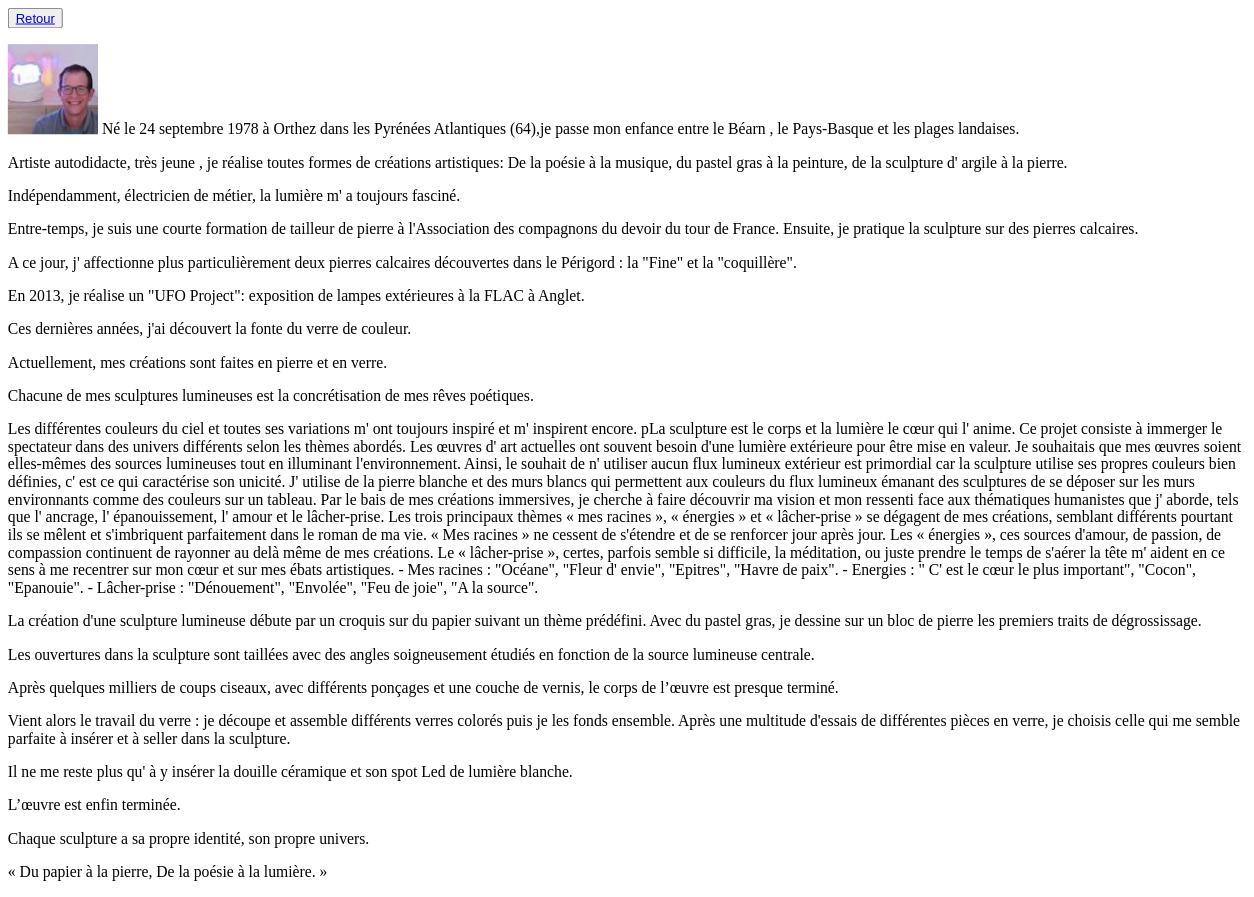
Repository: lysianebo/EricBidart
Page: presentation_more.html
The author's editor kept a copy of each file at every save. The page is drawn from the files as they stood at one save, then again after the next save.
The browser window is 1280 px wide. The pictures show the whole page, at 98% of full size.

Above is the page before, as saved 2023-10-29 07:35:26.

### presentation_more.html
<!DOCTYPE html>
<html lang="en">
<head>
    <meta charset="UTF-8">
    <meta name="viewport" content="width=device-width, initial-scale=1.0">
    <title>Document</title>
    <link rel="stylesheet" href="public/css/style.css">
</head>
<body>
    <button class="back-button"><a href="presentation.html">Retour</a></button>
    <div class="hidden" id="presentation-content">
        <p class="text"><img src="public/images/happy_moi.jpeg" alt=""> Né le 24 septembre 1978 à Orthez dans les Pyrénées Atlantiques (64),je passe mon enfance entre le Béarn , le Pays-Basque et les plages landaises.</p>
        <p> Artiste autodidacte, très jeune , je réalise toutes formes de créations artistiques: De la poésie à la musique, du pastel gras à la peinture, de la sculpture d' argile à la pierre.</p>
        <p> Indépendamment, électricien de métier, la lumière m' a toujours fasciné.</p>
        <p> Entre-temps, je suis une courte formation de tailleur de pierre à l'Association des compagnons du devoir du
            tour de France. Ensuite, je pratique la sculpture sur des pierres calcaires.</p>
        <p> A ce jour, j' affectionne plus particulièrement deux pierres calcaires découvertes dans le Périgord : la
            "Fine" et la "coquillère".</p>
        <p> En 2013, je réalise un "UFO Project": exposition de lampes extérieures à la FLAC à Anglet.</p>
        <p> Ces dernières années, j'ai découvert la fonte du verre de couleur.</p>
        <p> Actuellement, mes créations sont faites en pierre et en verre.</p>
        <p>Chacune de mes sculptures lumineuses est la concrétisation de mes rêves poétiques.</p>
    </div>
    <div class="hidden" id="demarche-content">
        <p>Les différentes couleurs du ciel et toutes ses variations m' ont toujours inspiré et m' inspirent encore.

            pLa sculpture est le corps et la lumière le cœur qui l' anime.



            Ce projet consiste à immerger le spectateur dans des univers différents selon les thèmes abordés.

            Les œuvres d' art actuelles ont souvent besoin d'une lumière extérieure pour être mise en valeur.

            Je souhaitais que mes œuvres soient elles-mêmes des sources lumineuses tout en illuminant l'environnement.

            Ainsi, le souhait de n' utiliser aucun flux lumineux extérieur est primordial car la sculpture utilise ses
            propres couleurs bien définies, c' est ce qui caractérise son unicité.



            J' utilise de la pierre blanche et des murs blancs qui permettent aux couleurs du flux lumineux émanant des
            sculptures de se déposer sur les murs environnants comme des couleurs sur un tableau.

            Par le bais de mes créations immersives, je cherche à faire découvrir ma vision et mon ressenti face aux
            thématiques humanistes que j' aborde, tels que l' ancrage, l' épanouissement, l' amour et le lâcher-prise.



            Les trois principaux thèmes « mes racines », « énergies » et « lâcher-prise » se dégagent de mes créations,
            semblant différents pourtant ils se mêlent et s'imbriquent parfaitement dans le roman de ma vie.

            « Mes racines » ne cessent de s'étendre et de se renforcer jour après jour.

            Les « énergies », ces sources d'amour, de passion, de compassion continuent de rayonner au delà même de mes
            créations.

            Le « lâcher-prise », certes, parfois semble si difficile, la méditation, ou juste prendre le temps de s'aérer la
            tête m' aident en ce sens à me recentrer sur mon cœur et sur mes ébats artistiques.

            - Mes racines : "Océane", "Fleur d' envie", "Epitres", "Havre de paix".

            - Energies : " C' est le cœur le plus important", "Cocon", "Epanouie".

            - Lâcher-prise : "Dénouement", "Envolée", "Feu de joie", "A la source".

        </p>
    </div>
    <div class="hidden"
        id="technique-content">
        <p>La création d'une sculpture lumineuse débute par un croquis sur du papier suivant un thème prédéfini. Avec du
            pastel gras, je dessine sur un bloc de pierre les premiers traits de dégrossissage. </p>
        <p>Les ouvertures dans la sculpture sont taillées avec des angles soigneusement étudiés en fonction de la source
            lumineuse centrale.</p>
        <p>Après quelques milliers de coups ciseaux, avec différents ponçages et une couche de vernis,
            le corps de l’œuvre est presque terminé.</p>
        <p> Vient alors le travail du verre : je découpe et assemble différents verres colorés puis je les fonds ensemble.
            Après une multitude d'essais de différentes pièces en verre, je choisis celle qui me semble parfaite à insérer
            et à seller dans la sculpture.</p>
        <p>Il ne me reste plus qu' à y insérer la douille céramique et son spot Led de lumière blanche.</p>
        </p>
        <p> L’œuvre est enfin terminée.</p>


        <p> Chaque sculpture a sa propre identité, son propre univers.</p>

        <p> « Du papier à la pierre, De la poésie à la lumière. »</p>
    </div>

    </div>
</body>
</html>

### public/css/style.css
/* @import url("https://fonts.googleapis.com/css2?family=Belanosima:wght@400;700&family=Noto+Sans&family=Outfit&family=Rubik:wght@400;500;700&display=swap"); */
/*# sourceMappingURL=style.css.map */

After the next save:
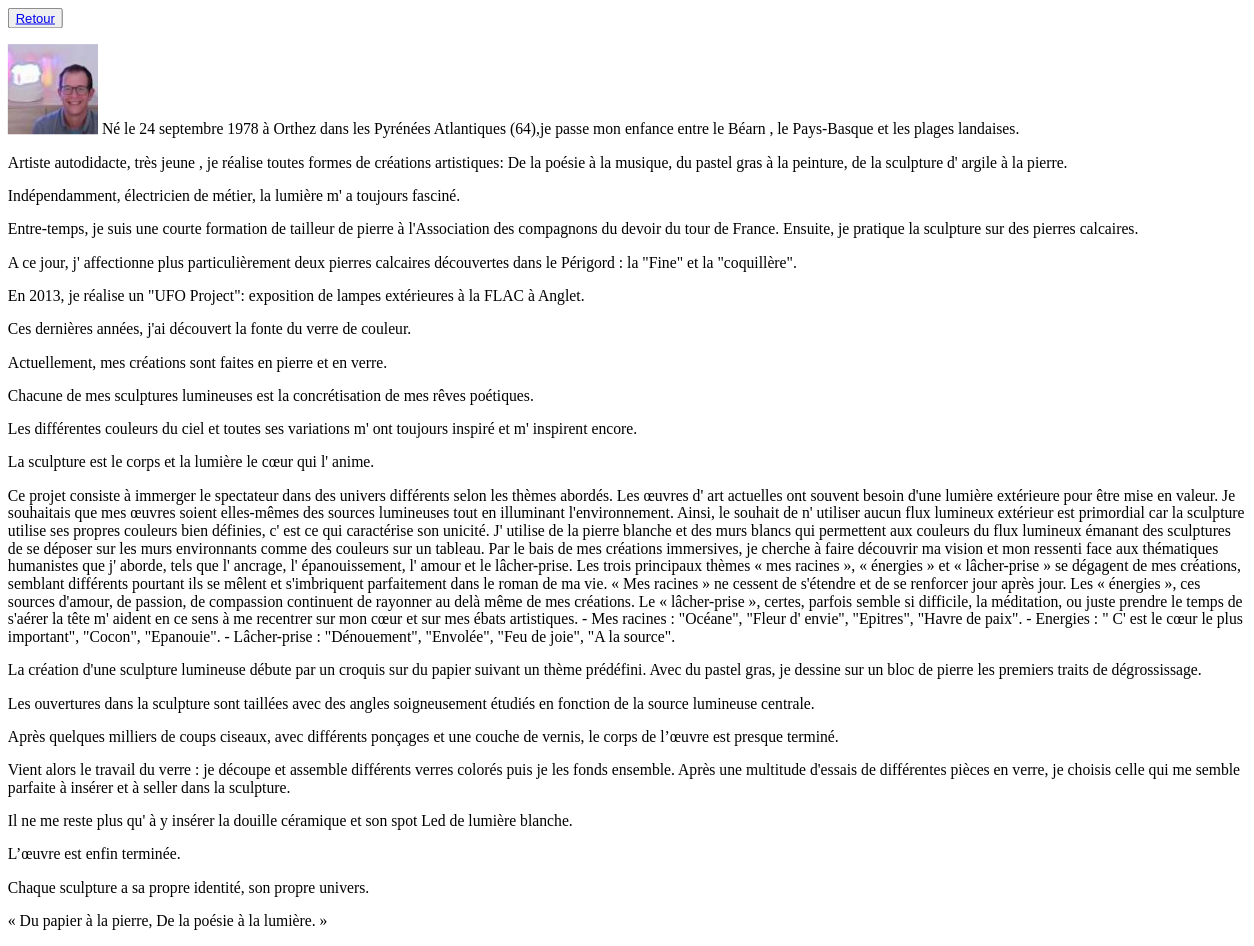
Saved 8 s later.
--- a/presentation_more.html
+++ b/presentation_more.html
@@ -24,7 +24,7 @@
     <div class="hidden" id="demarche-content">
         <p>Les différentes couleurs du ciel et toutes ses variations m' ont toujours inspiré et m' inspirent encore.
 
-            pLa sculpture est le corps et la lumière le cœur qui l' anime.
+            <p>La sculpture est le corps et la lumière le cœur qui l' anime.</p>
 
 
 
